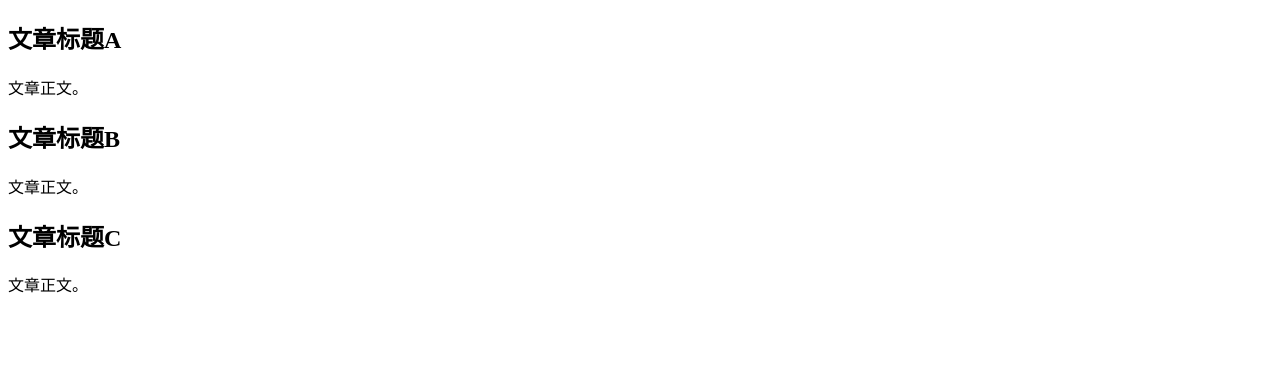
Repository: zdsherlock/HtmlCssLearn
Page: CSS/test-attSelect/index4.html
These files come from the project's save history. The page is drawn as it stood at one moment and after the next save; the edit follows.
The browser window is 1280 px wide. The pictures show the whole page.

Above is the page before, as saved 2021-05-07 20:15:21.

### CSS/test-attSelect/index4.html
<!DOCTYPE html>
<html lang="en">
<head>
    <meta charset="UTF-8">
    <meta http-equiv="X-UA-Compatible" content="IE=edge">
    <meta name="viewport" content="width=device-width, initial-scale=1.0">
    <title>Document</title>
</head>
<body>
    <h2>文章标题A</h2>
    <p>文章正文。</p>
    <h2>文章标题B</h2>
    <p>文章正文。</p>
    <h2>文章标题C</h2>
    <p>文章正文。</p>
</body>
</html>

After the next save:
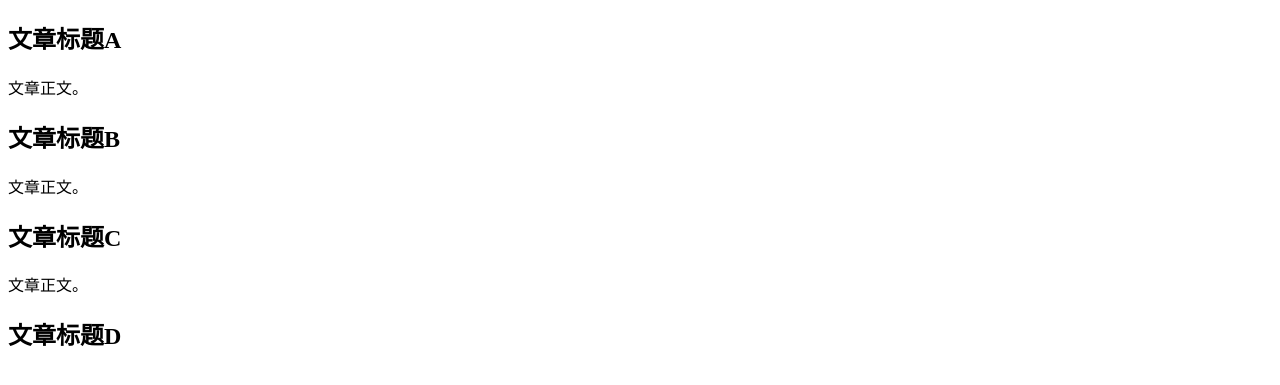
Saved 12 s later.
--- a/CSS/test-attSelect/index4.html
+++ b/CSS/test-attSelect/index4.html
@@ -13,5 +13,7 @@
     <p>文章正文。</p>
     <h2>文章标题C</h2>
     <p>文章正文。</p>
+    <h2>文章标题D</h2>
+    <p></p>
 </body>
 </html>
